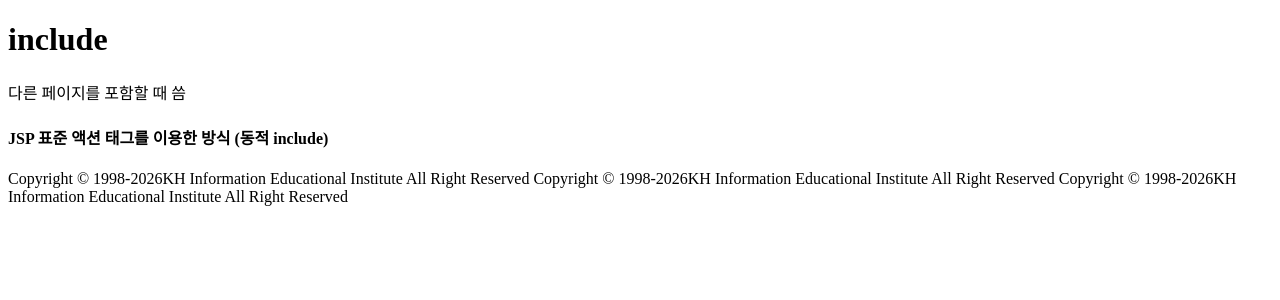
Repository: ham-zi/front-practice
Page: http://localhost/ActionProject/include.do
The author's editor kept a copy of each file at every save. The page is drawn from the files as they stood at one save, then again after a run of saves.
The browser window is 1280 px wide. The pictures show the whole page.
The page is served by Tomcat 9.

Above is the page before, as saved 2026-05-06 07:50:09.
Console error: ReferenceError: Cannot access 'date' before initialization

After the next 2 saves:
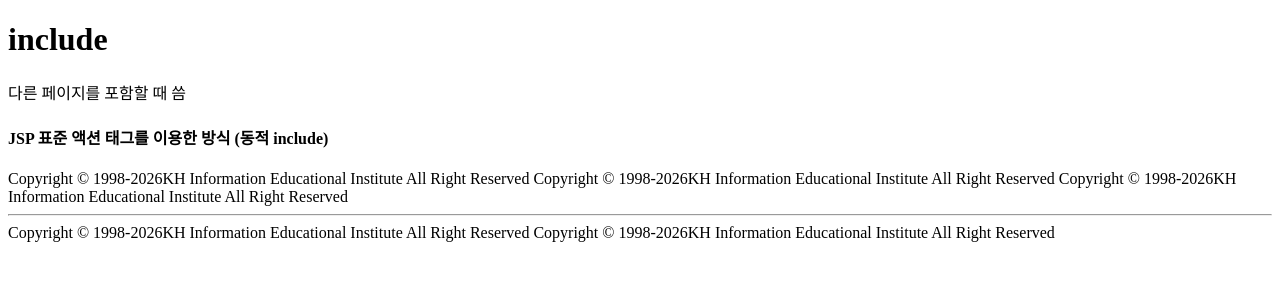
The 2 saves are shown as one change because 1 did not build or start.
The last was saved 12 min 55 s later.
--- a/dynamic-workspace/ActionProject/src/main/webapp/WEB-INF/views/include.jsp
+++ b/dynamic-workspace/ActionProject/src/main/webapp/WEB-INF/views/include.jsp
@@ -30,5 +30,17 @@
 		<jsp:include page="footer.jsp"/>
 	<!-- 실행시점에 붙히는 방식이라 변수명이 중복되어도 상관이없다. -->
 
+	<hr>
+
+	<jsp:include page="footer.jsp">
+		<jsp:param name="test" value="hi"/>
+	</jsp:include>
+
+
+	<jsp:include page="footer.jsp">
+		<jsp:param name="test" value="Bye"/>
+	</jsp:include>
+
+
 </body>
 </html>
